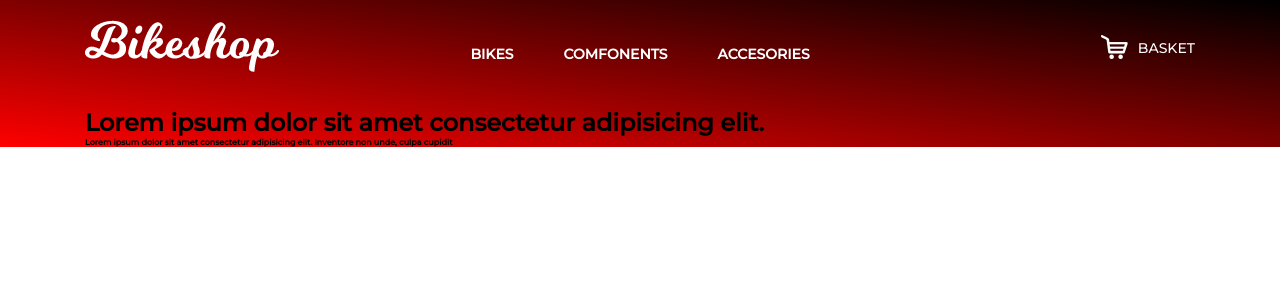
Repository: vanphongnguyen1/webDemo
Page: Bikeshop/index.html
The author's editor kept a copy of each file at every save. The page is drawn from the files as they stood at one save, then again after the next save.
The browser window is 1280 px wide. The pictures show the whole page.
The style sheet was rebuilt from its Sass, Less or Tailwind sources for each picture, by a compiler version that may differ from the author's.

Above is the page before, as saved 2020-09-04 14:06:06.

After the next save:
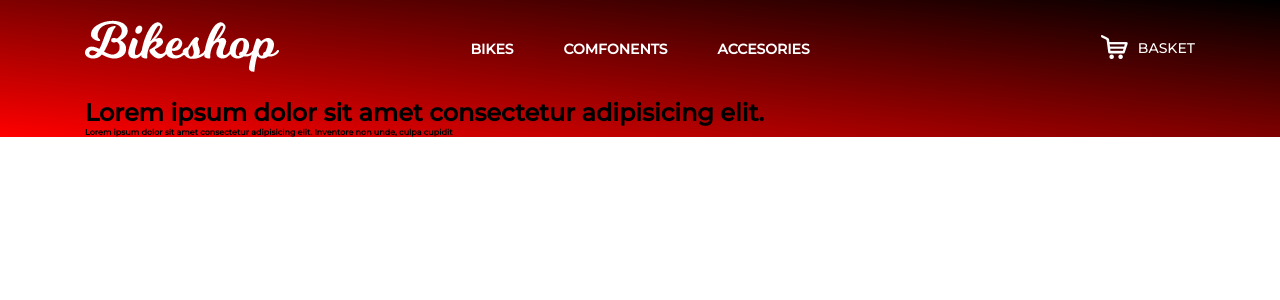
Saved 64 s later.
--- a/Bikeshop/sass/components/_header.scss
+++ b/Bikeshop/sass/components/_header.scss
@@ -9,7 +9,7 @@ header {
                 display: flex;
                 justify-content: center;
                 align-items: center;
-                padding: 1.5rem 0;
+                padding: 1rem 0;
             }
             &__item {
                 font-size: 1.4rem;
